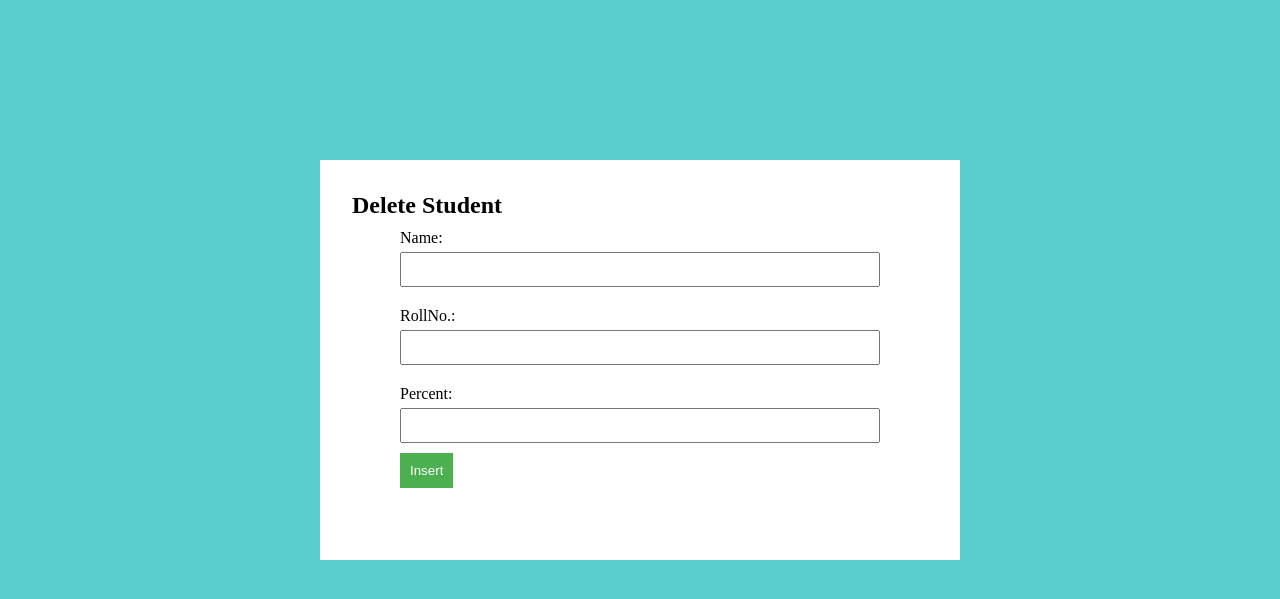
Repository: deeptimahisare1206/Todo_List
Page: http://localhost/Hib_Nest/Delete.jsp
An editor plug-in stored every save of this project. The page is shown before and after the next save, followed by the edit.
The browser window is 1280 px wide. The pictures show the whole page.
The page is served by Tomcat 10.

Above is the page before, as saved 2024-11-12 05:53:49.

After the next save:
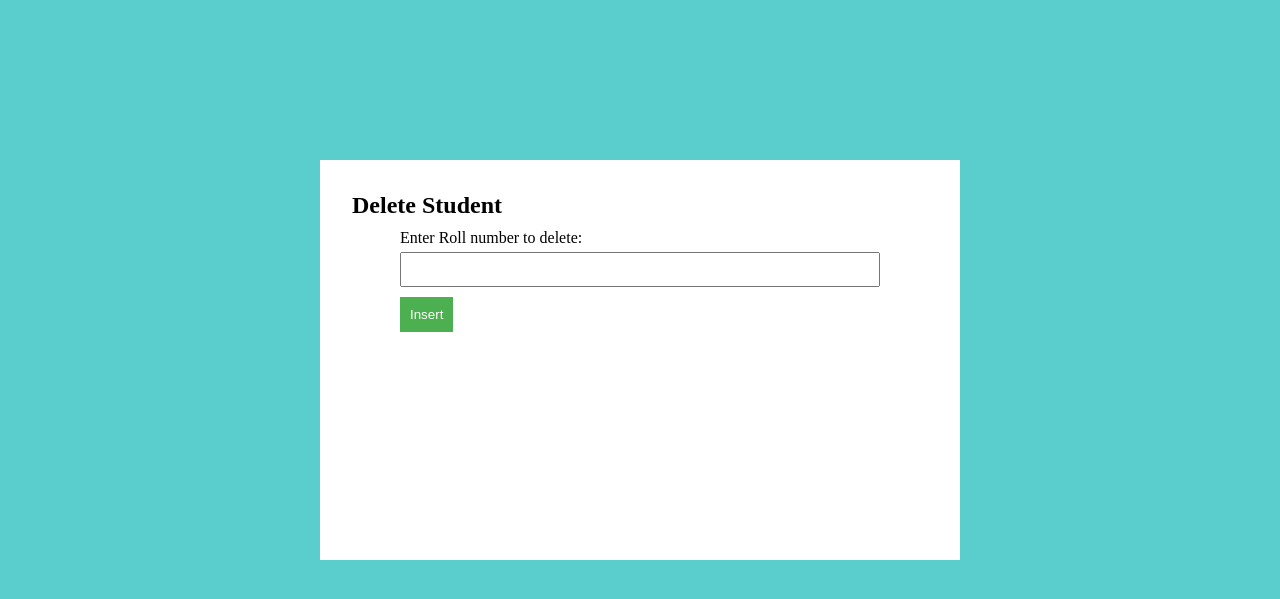
Saved 111 s later.
--- a/Hib_Nest/src/main/webapp/Delete.jsp
+++ b/Hib_Nest/src/main/webapp/Delete.jsp
@@ -1,61 +1,62 @@
 <%@ page language="java" contentType="text/html; charset=UTF-8"
 	pageEncoding="UTF-8"%>
-	<% %>
+<%
+
+%>
 <!DOCTYPE html>
 <html>
 <head>
 <meta charset="UTF-8">
 <title>Delete</title>
 <style>
-*{
-margin:0;
-padding:0;
-box-sizing: border-box;
+* {
+	margin: 0;
+	padding: 0;
+	box-sizing: border-box;
+}
 
-}
 body {
-display:grid;
-place-items:center;
+	display: grid;
+	place-items: center;
 	background-color: #5acdcd;
 	gap: 2rem;
 	height: 100vh;
 }
 
-div{
-padding:2rem;
+div {
+	padding: 2rem;
 	background-color: white;
 	height: 25rem;
-	width:50vw;
+	width: 50vw;
 }
 
 form {
-    width: 30rem;
-    margin: 0 auto;
+	width: 30rem;
+	margin: 0 auto;
 }
 
 label {
-    display: block;
-    margin: 10px 0 5px;
+	display: block;
+	margin: 10px 0 5px;
 }
 
-input[type="text"],
-input[type="number"] {
-    width: 100%;
-    padding: 8px;
-    margin-bottom: 10px;
+input[type="text"], input[type="number"] {
+	width: 100%;
+	padding: 8px;
+	margin-bottom: 10px;
 }
 
-input[type="submit"] ,a{
-    background-color: #4CAF50;
-    color: white;
-    padding: 10px;
-    border: none;
-    cursor: pointer;
-    text-decoration: none;
+input[type="submit"], a {
+	background-color: #4CAF50;
+	color: white;
+	padding: 10px;
+	border: none;
+	cursor: pointer;
+	text-decoration: none;
 }
 
 input[type="submit"]:hover {
-    background-color: #45a049;
+	background-color: #45a049;
 }
 </style>
 </head>
@@ -64,10 +65,10 @@ input[type="submit"]:hover {
 		<h2>Delete Student</h2>
 
 		<form action="Delete" method="get">
-			<label>Name:</label><input type="text" name="name">
-			<label>RollNo.: </label> <input type="number" name="roll">
-			 <label>Percent:</label><input type="number" name="percent"> <input type="submit"
-				value="Insert">
+
+			<label>Enter Roll number to delete:</label>
+			<input type="number"name="roll">
+			<input type="submit" value="Insert">
 		</form>
 	</div>
 
